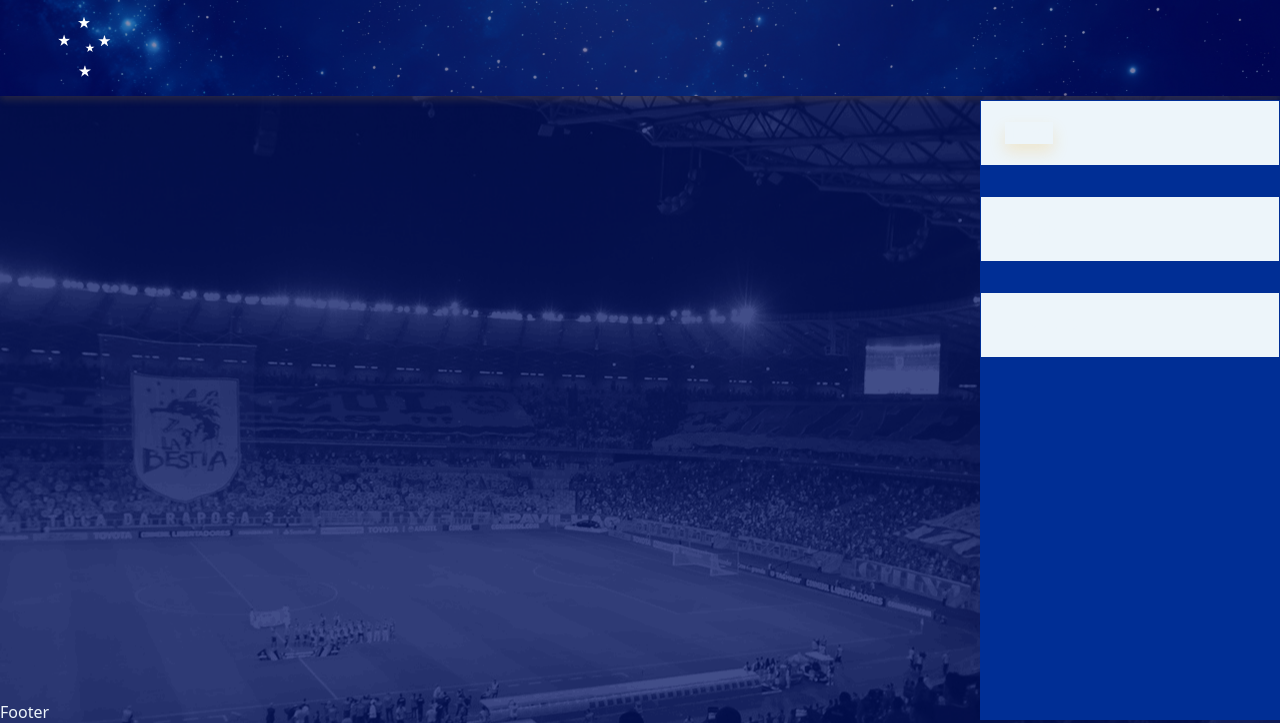
Repository: CarlosEduardoVdeOliveira/MaisPraTi
Page: atividades_03/index.html
These files come from the project's save history. The page is drawn as it stood at one moment and after the next save; the edit follows.
The browser window is 1280 px wide. The pictures show the whole page.
Some web fonts or font styles are not loaded; a fallback is used.

Above is the page before, as saved 2024-10-04 11:49:17.

### atividades_03/index.html
<!DOCTYPE html>
<html lang="pt-br">
<head>
  <meta charset="UTF-8">
  <meta name="viewport" content="width=device-width, initial-scale=1.0">
  <link rel="shortcut icon" href="./assets/images/favicon.ico" type="image/x-icon">
  <link rel="stylesheet" href="https://cdnjs.cloudflare.com/ajax/libs/font-awesome/6.0.0-beta3/css/all.min.css">
  <link rel="stylesheet" href="./assets/css/style.css">
  <title>Document</title>
</head>
<body>
  <header class="header__content">
    <div class="header__content-logo">
      <img src="./assets/images/estrelas.png" alt="Estrelas que representam o cruzeiro do sul no escudo do Cruzeiro Esporte Clube">
    </div>
    <button class="btn-menu__hamburger" id="btn-menu-hamburger"><i class="fa-solid fa-bars-staggered"></i></button>
    <nav class="header__nav--container menu__hamburger--container">
      <ul class="header__nav--list-links
      menu__hamburger--container--list-links">
        <li class="header__nav--list-item menu__hamburger--container--list-item-link">
          <a class="header__nav--list-item-link menu__hamburger--container--list-link" href="/index.html">
            HOME
          </a>
        </li>
        <li class="header__nav--list-item menu__hamburger--container--list-item-link">
          <a class="header__nav--list-item-link menu__hamburger--container--list-link" href="./assets/html/about.html">
            SOBRE
          </a>
        </li>
        <li class="header__nav--list-item-link menu__hamburger--container--list-item-link">
          <a class="header__nav--list-item-link menu__hamburger--container--list-link" href="./assets/html/contact.html">
            CONTATO
          </a>
        </li>
      </ul>
    </nav>
  </header>
  <main class="container">
    <section class="content__news-recent">Main</section>
    <section class="content__news-more">Main</section>
    <aside class="content__news-old">Aside</aside>
  </main>
  <footer class="footer__content">Footer</footer>
  <script src="./assets/js/script.js"></script>
  <script src="./assets/js/activeRoute.js"></script>
</body>
</html>

### atividades_03/assets/css/style.css
@import url("./reset.css");
@import url("./patterns.css");
@import url("./header.css");
@import url("./menuHamburger.css");
@import url('https://fonts.googleapis.com/css2?family=Sarabun:ital,wght@0,100;0,200;0,300;0,400;0,500;0,600;0,700;0,800;1,100;1,200;1,300;1,400;1,500;1,600;1,700;1,800&family=Tektur:wght@400..900&display=swap');

body {
  display: flex;
  flex-direction: column;
  align-items: self-start;
  justify-content: space-between;
  background: url("../images/Website_StoreNavyBG.png") no-repeat center;
  background-color: var(--color-blue-500);
  font-family: 'Tektur', system-ui;
  color: var(--color-blue-50);
}


@media screen and (max-width: 320px) {}

@media screen and (min-width: 768px) {}

@media screen and (min-width: 1024px) {}

@media screen and (min-width: 1440px) {
  body{
    width: 100dvw;
  }
}

### atividades_03/assets/js/activeRoute.js
// Pega todos os links de navegação
const navLinks = document.querySelectorAll('.header__nav--list-item-link');
const links = document.querySelectorAll(".menu__hamburger--container--list-item-link")
// Obtém o caminho atual da URL
const currentPath = window.location.pathname;
const sizeScreen = window.screen.width


// Percorre os links e verifica se o href corresponde ao pathname atual
navLinks.forEach(link => {
  if (link.getAttribute('href') === currentPath) {
    link.classList.add('active'); // Adiciona a classe 'active' ao link da rota atual
  }
});

links.forEach(link =>{
  if (link.getAttribute('href') === currentPath){
    link.classList.add('active-menu')
  }
})

### atividades_03/assets/css/reset.css
html, body, div, span, applet, object, iframe,
h1, h2, h3, h4, h5, h6, p, blockquote, pre,
a, abbr, acronym, address, big, cite, code,
del, dfn, em, img, ins, kbd, q, s, samp,
small, strike, strong, sub, sup, tt, var,
b, u, i, center,
dl, dt, dd, ol, ul, li,
fieldset, form, label, legend,
table, caption, tbody, tfoot, thead, tr, th, td,
article, aside, canvas, details, embed,
figure, figcaption, footer, header, hgroup,
menu, nav, output, ruby, section, summary,
time, mark, audio, video {
    margin: 0;
    padding: 0;
    border: 0;
    box-sizing: border-box;
    font-size: 100%;
    font: inherit;
    vertical-align: baseline;
    -webkit-font-smoothing: antialiased;
    -moz-osx-font-smoothing: grayscale;
    text-decoration: none;
}
/* HTML5 display-role reset for older browsers */
article, aside, details, figcaption, figure,
footer, header, hgroup, menu, nav, section {
    display: block;
}
body {
    line-height: 1;
}
html, body{
  height: 100dvh;
}
ol, ul {
    list-style: none;
}
button{
    cursor: pointer;
}
blockquote, q {
    quotes: none;
}
blockquote:before, blockquote:after,
q:before, q:after {
    content: '';
    content: none;
}
table {
    border-collapse: collapse;
    border-spacing: 0;
}

### atividades_03/assets/css/patterns.css
:root {
  /* Colors=======================*/
  --color-white: rgb(255, 255, 255);
  --color-black: rgb(0, 0, 0);
  --color-gray-50: rgb(245, 245, 245);
  --color-gray-500: rgb(63, 63, 63);
  --color-gray-900: rgb(28, 28, 28);
  --color-blue-50: rgb(237, 245, 250);
    --color-blue-100: rgb(220, 235, 245);
    --color-blue-200: rgb(172, 205, 230);
    --color-blue-300: rgb(127, 171, 212);
    --color-blue-400: rgb(54, 107, 181);
    --color-main-light: rgb(93, 125, 216);
    --color-main-hover: rgb(74, 115, 255);
    --color-blue-500: rgb(0, 46, 149);
    --color-blue-600: rgb(0, 40, 133);
    --color-blue-700: rgb(0, 31, 110);
    --color-blue-800: rgb(0, 22, 89);
    --color-blue-900: rgb(0, 15, 66);
    --color-blue-950: rgb(0, 9, 43);
/*   --color-orange-200: rgb(242, 223, 187);
  --color-orange-300: rgb(235, 201, 148);
  --color-orange-400: rgb(219, 154, 79);
  --color-orange-500: rgb(203, 100, 16);
  --color-orange-600: rgb(184, 87, 13);
  --color-orange-700: rgb(153, 67, 9);
  --color-orange-800: rgb(122, 49, 6);
  --color-orange-900: rgb(92, 33, 4);
  --color-orange-950: rgb(59, 17, 1); */
  --color-yellow-400: rgb(255, 193, 7); /* warning */
  --color-yellow-500: rgb(243, 174, 42);
  --color-yellow-600: rgb(255, 152, 0);
  --color-green-500: rgb(13, 189, 59);/* success */
  --color-red-500: rgb(217, 48, 37);/* error */


  /* Fonts size========================== */
  --size-xs: 0.75rem; /* (12px)  (xs) */
  --size-sm: 0.875rem; /* (14px)  (sm)*/
  --size-md: 1rem; /* (16px) — geralmente o tamanho padrão. (md)*/
  --size-lg: 1.25rem; /* (20px) (lg)*/
  --size-xl: 1.5rem; /* (24px) (xl)*/
  --size-2xl: 2rem; /*  (32px) (2xl)*/
  --size-3xl: 3rem; /* (48px) (3xl)*/
  --size-4xl: 4rem; /* (64px) (4xl)*/
  /* Spacing (paddings, margins)==================== */
  --spacing-xs: 0.25rem; /* (4px) */
  --spacing-sm: 0.5rem; /* (8px) */
  --spacing-md: 1rem; /* (16px) */
  --spacing-lg: 1.5rem; /* (24px) */
  --spacing-xl: 2rem; /* (32px) */
  --spacing-2xl: 3rem; /* (48px) */
  /*Border Radius =============================*/
  --radius-sm: 0.125rem; /* (2px) */
  --radius-md: 0.25rem; /* (4px) */
  --radius-lg: 0.5rem; /* (8px) */
  --radius-xl: 1rem; /* (16px) */
  --radius-full: 100%; /* Para bordas completamente arredondadas */
  /*Box Shadows===================================== */
  --shadow-xs: 0px 1px 2px rgba(243, 174, 42, 0.05);
  --shadow-sm: 0px 2px 4px rgba(243, 174, 42, 0.1);
  --shadow-md: 0px 4px 8px rgba(243, 174, 42, 0.15);
  --shadow-lg: 0px 8px 16px rgba(243, 174, 42, 0.2);
  /*Widths==========================*/
  --width-xs: 1rem; /* Tamanho extra pequeno */
  --width-sm: 1.5rem; /* Tamanho pequeno */
  --width-md: 2rem; /* Tamanho médio */
  --width-lg: 4.5rem; /* Tamanho grande */
  --width-xl: 80rem; /* Tamanho extra grande */
  --width-2xl: 96rem; /* Tamanho 2x grande */
  --width-3xl: 128rem; /* Tamanho 3x extra grande */
  --width-4xl: 160rem; /* Tamanho 4x extra grande */
  /*Heights=====================*/
  --height-sm: 2rem;
  --height-md: 6rem;
  --height-lg: 8rem;
  /*Z-index=======================*/
  --z-index-header: 100;
  --z-index-modal: 1000;
  --z-index-overlay: 2000;

  /*transition animation=======================*/
  --transition-fast: 0.2s ease-in-out;
  --transition-medium: 0.4s ease-in-out;
  --transition-slow: 0.6s ease-in-out;
  /*Opacity============================*/
  --opacity-low: 0.2;
  --opacity-medium: 0.5;
  --opacity-high: 0.8;
  /*Line Heights ====================*/
  --line-height-xs: 1.2;
  --line-height-sm: 1.4;
  --line-height-md: 1.6;
  --line-height-lg: 1.8;
  /*Font Weights=============================*/
  --font-weight-light: 300;
  --font-weight-regular: 400;
  --font-weight-medium: 500;
  --font-weight-bold: 700;
  /*Break points=====================================*/
  --breakpoint-xs: 320px;  /* Pequenos celulares */
  --breakpoint-sm: 480px;  /* Médios celulares */
  --breakpoint-md: 768px;  /* Tablets (retrato) */
  --breakpoint-lg: 1024px; /* Tablets (paisagem) */
  --breakpoint-xl: 1200px; /* Desktops pequenos */
  --breakpoint-2xl: 1440px; /* Desktops médios */
  --breakpoint-3xl: 1920px; /* Desktops grandes */
}

### atividades_03/assets/css/header.css
.header__content {
  display: flex;
  align-items: center;
  position: fixed;
  width: 100%;
  background-color: var(--color-blue-900);
  background: url("../images/ceu-estrelado-header.png") no-repeat center/cover;
  justify-content: space-between;
  height: var(--height-md);
  padding: var(--spacing-2xl);
  box-shadow: var(--shadow-md);
}

.header__content-logo img{
  width: var(--width-lg);
}
.header__nav--container{
  display: none;
}

/* .header__nav--list-links{
  display: flex;
  align-items: center;
  justify-content: center;
  gap: var(--spacing-md);
}
.header__nav--list-item{}
.header__nav--list-item-link{
  color: var(--color-yellow-500);
  padding: var(--spacing-xs);
  border-radius: var(--radius-lg);
  font-weight: var(--font-weight-medium);
  transition: var(--transition-fast);
}
.header__nav--list-item-link:hover{
  box-shadow: var(--shadow-lg);
} */
.active{
  box-shadow: var(--shadow-lg);
}

### atividades_03/assets/css/menuHamburger.css
.btn-menu__hamburger{
  background-color: transparent;
  border: none;
  font-size: var(--size-xl);
  width: var(--width-sm);
  color: var(--color-blue-50);
  transition: var(--transition-medium);
}

.btn-menu__hamburger:hover{
  color: var(--color-blue-300);
}


.menu__hamburger--container{
  background-color: var(--color-blue-500);
  position: absolute;
  width: 300px;
  top: 100px;
  height: calc(100dvh - 100px);
  border: 1px solid var(--color-blue-500);
  right: 0;
}

.menu__hamburger--container--list-links{
  display: flex;
  align-items: center;
  flex-direction: column;
  gap: var(--spacing-xl);

}
.menu__hamburger--container--list-item-link{
  width: 100%;
  font-weight: var(--font-weight-medium);
  transition: var(--transition-bold);
  padding: var(--spacing-lg);
}
.menu__hamburger--container--list-item-link:hover{
  background-color: var(--color-blue-50);
}
.menu__hamburger--container--list-item-link:hover a{
  color: var(--color-blue-500);
}
.menu__hamburger--container--list-link{
  color: var(--color-blue-50);
  width: 100%;
}


.menu__hamburger--container--list-item-link {
  color: var(--color-blue-50);
  background-color: var(--color-blue-50);
  width: 100%;
}

@media screen and (max-width: 320px) {
  .header__nav--container{
    display: none;
  }
}

@media screen and (min-width: 768px) {
  .header__nav--container{
    display: none;
  }
}

@media screen and (min-width: 1024px) {
  .header__nav--container{
    display: block;
  }
  .btn-menu__hamburger{
    display: none;
  }
}

Loaded but not shown: atividades_03/assets/js/script.js (no copy from this time; the picture is the same without it)

After the next save:
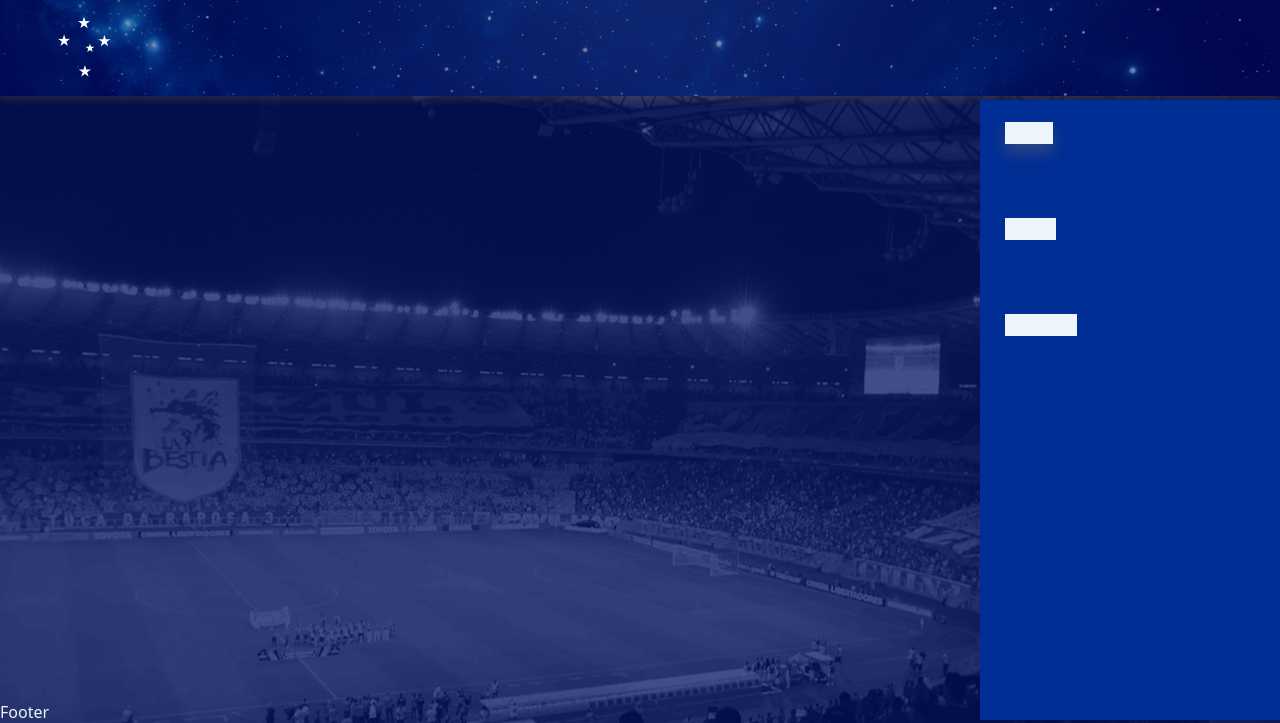
Saved 6 s later.
--- a/atividades_03/assets/css/menuHamburger.css
+++ b/atividades_03/assets/css/menuHamburger.css
@@ -47,7 +47,7 @@
 }
 
 
-.menu__hamburger--container--list-item-link {
+.menu__hamburger--container--list-item-link a{
   color: var(--color-blue-50);
   background-color: var(--color-blue-50);
   width: 100%;
